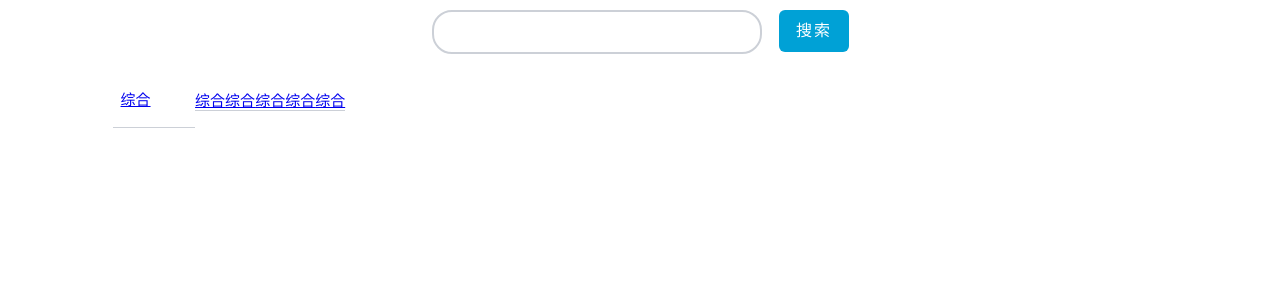
Repository: red-code-yl/web-project
Page: doc/food.html
The author's editor kept a copy of each file at every save. The page is drawn from the files as they stood at one save, then again after the next save.
The browser window is 1280 px wide. The pictures show the whole page.

Above is the page before, as saved 2020-06-17 20:41:41.

### doc/food.html
<!DOCTYPE html>
<html lang="en">
<head>
    <meta charset="UTF-8">
    <meta name="viewport" content="width=device-width, initial-scale=1.0">
    <title>美食</title>
    <link  rel="stylesheet"   href="../css/food.css" />
</head>
<body>
    <div id="search" class="search">
        <div class="contain">
            <div class="head-contain">
                <div class="search-top">
                    <div class="search-block">
                        <div class="search-input">
                            <input id="search-keyword" type="text" maxlength="100" autocomplete="off">
                        </div>
                        <div class="search-button">
                            <span class="search-text">搜索</span>
                        </div>

                    </div>
                </div>
                <div class="navigator">
                    <div class="nav-1">
                        <div class="fenlei">
                            <ul class="fenlei-list">
                                <li class="fenlei-list-1" style="height: 56px;line-height: 56px;width: 11.11%;">
                                    <a href="#">综合</a>
                                    <span></span>
                                </li>
                                <li class="fenlei-list-1">
                                    <a href="#">综合</a>
                                    <span></span>
                                </li>
                                <li class="fenlei-list-1">
                                    <a href="#">综合</a>
                                </li>
                                <li class="fenlei-list-1">
                                    <a href="#">综合</a>
                                </li>
                                <li class="fenlei-list-1">
                                    <a href="#">综合</a>
                                </li>
                                <li class="fenlei-list-1">
                                    <a href="#">综合</a>
                                </li>
                            </ul>
                        </div>
                    </div>
                </div>
            </div>
            <div class="body-contain"></div>
        </div>
    </div>
</body>
</html>

### css/food.css
.contain{
    width: 980px;
    margin: 0 auto;
}
* {
    padding: 0;
    margin: 0;
}
div{
    display: block;
}
.head-contain{
    padding-top: 10px;
}
.search-top{
    width: 430px;
    margin-left: 282px;
}
.search-block{
    height: 44px;
    margin: 0 auto;
    position: relative;
    width: 587px;
}
.search-input{
    position: relative;
    background: #fff;
    border-radius: 4px;
    float: left;
    width: 330px;
    margin-right: 10px;
}
input{
    height: 18px;
    box-shadow: none;
    padding: 11px 15px;
    background: transparent;
    width: 296px;
    border: 2px solid #ccd0d7;
    border-radius: 20px;
    font-size: 16px;
    color: #222;
}
.search-button{
    margin-left: 7px;
    cursor: pointer;
    float: left;
    color: #fff;
    width: 70px;
    background-color: #00a1d6;
    font-size: 16px;
    letter-spacing: 2px;
    line-height: 42px;
    text-align: center;
    border-radius: 6px;
}
.navigator{
    overflow: hidden;
    margin-top: 18px;
    margin-left: -37px;
    margin-right: -9px;


}
.nav-1{
    margin-left: -37px;
    margin-right: -9px;
    overflow: hidden;
    position: relative;
}
.fenlei{
    position: relative;
    font-size: 0;
    z-index: 1;
    white-space: nowrap;
    flex-grow: 1;
}
.fenlei-list-1{
    border-bottom: 1px solid #ccd0d7;
    box-sizing: border-box;
    display: inline-block;
    text-align: center;
    font-size: 15px;
    color: #657786;
    vertical-align: middle;
    white-space: nowrap;
}
.li{
    margin: 0;
    padding: 0;
    list-style: none;
}

After the next save:
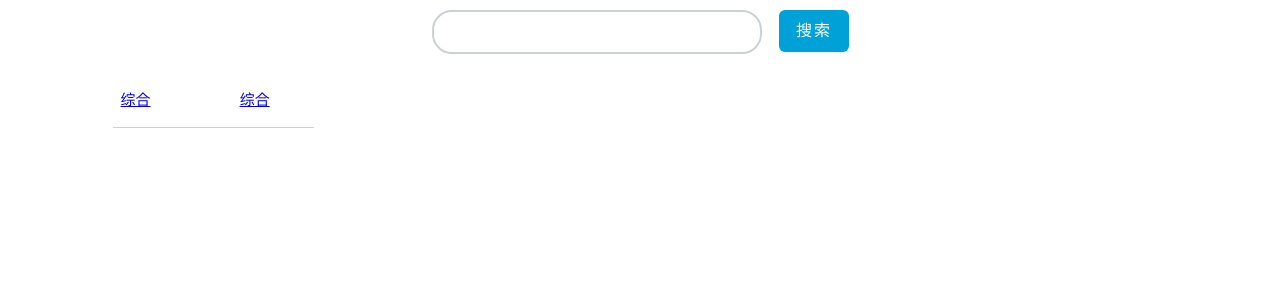
Saved 91 s later.
--- a/doc/food.html
+++ b/doc/food.html
@@ -29,21 +29,9 @@
                                     <a href="#">综合</a>
                                     <span></span>
                                 </li>
-                                <li class="fenlei-list-1">
+                                <li class="fenlei-list-1" style="height: 56px;line-height: 56px;width: 11.11%;">
                                     <a href="#">综合</a>
                                     <span></span>
-                                </li>
-                                <li class="fenlei-list-1">
-                                    <a href="#">综合</a>
-                                </li>
-                                <li class="fenlei-list-1">
-                                    <a href="#">综合</a>
-                                </li>
-                                <li class="fenlei-list-1">
-                                    <a href="#">综合</a>
-                                </li>
-                                <li class="fenlei-list-1">
-                                    <a href="#">综合</a>
                                 </li>
                             </ul>
                         </div>
